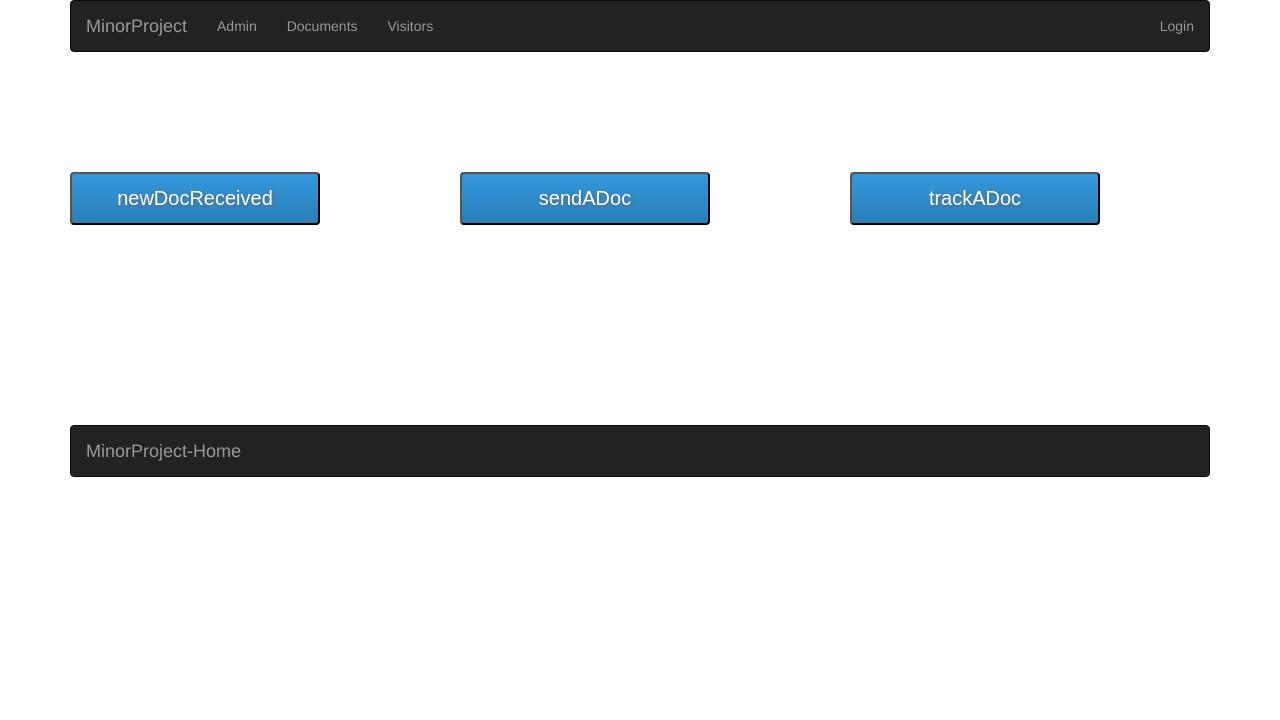
Repository: javaSingh/java
Page: workspace/minorProjectWithInder7thSem2/WebContent/index.html
An editor plug-in stored every save of this project. The page is shown before and after the next save, followed by the edit.
The browser window is 1280 px wide. The pictures show the whole page.
Some web libraries are served in a nearby version.

Above is the page before, as saved 2014-10-20 11:55:35.

After the next save:
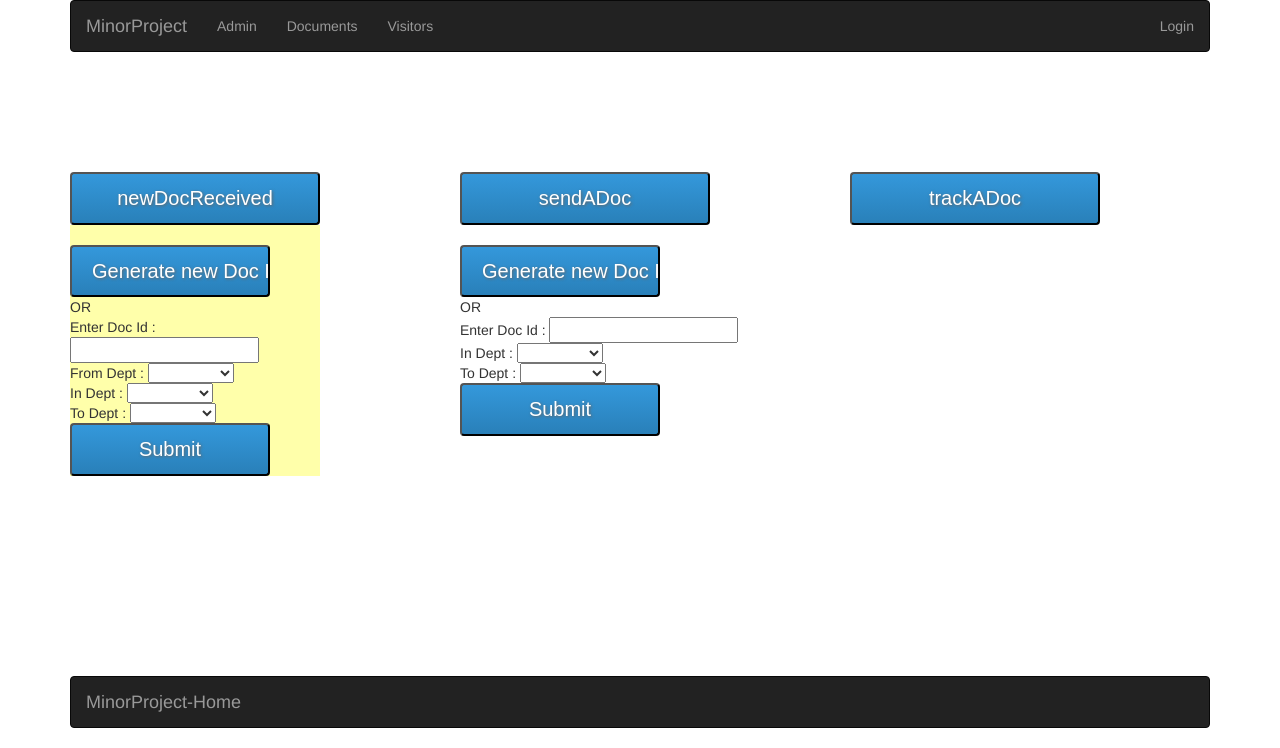
Saved 2 min 46 s later.
--- a/workspace/minorProjectWithInder7thSem2/WebContent/index.html
+++ b/workspace/minorProjectWithInder7thSem2/WebContent/index.html
@@ -27,20 +27,6 @@
 
 
 	  <script src="http://ajax.googleapis.com/ajax/libs/jquery/1.11.1/jquery.min.js"></script>
-<script>
-$(document).ready(function(){
-	  $('#newdoc').hide();
-	  $('#senddoc').hide();
-	});
-function newdoc()
-{
-	$('#newdoc').toggle(500);
-}
-function senddoc()
-{
-	$('#senddoc').toggle(500);
-}
-</script>
 
 
 
